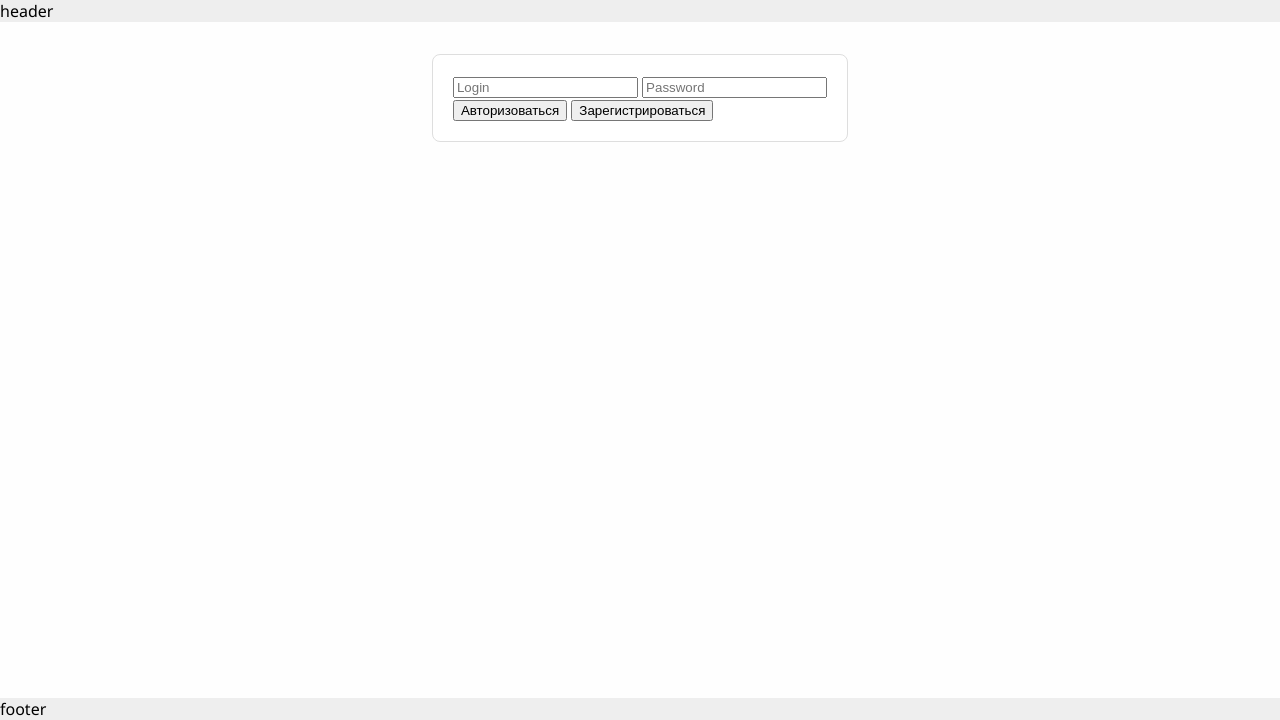
Repository: slep0y/fakeAuth
Page: index.html
An editor plug-in stored every save of this project. The page is shown before and after the next save, followed by the edit.
The browser window is 1280 px wide. The pictures show the whole page.
The style sheet was rebuilt from its Sass, Less or Tailwind sources for each picture, by a compiler version that may differ from the author's.

Above is the page before, as saved 2025-01-19 18:02:41.

After the next save:
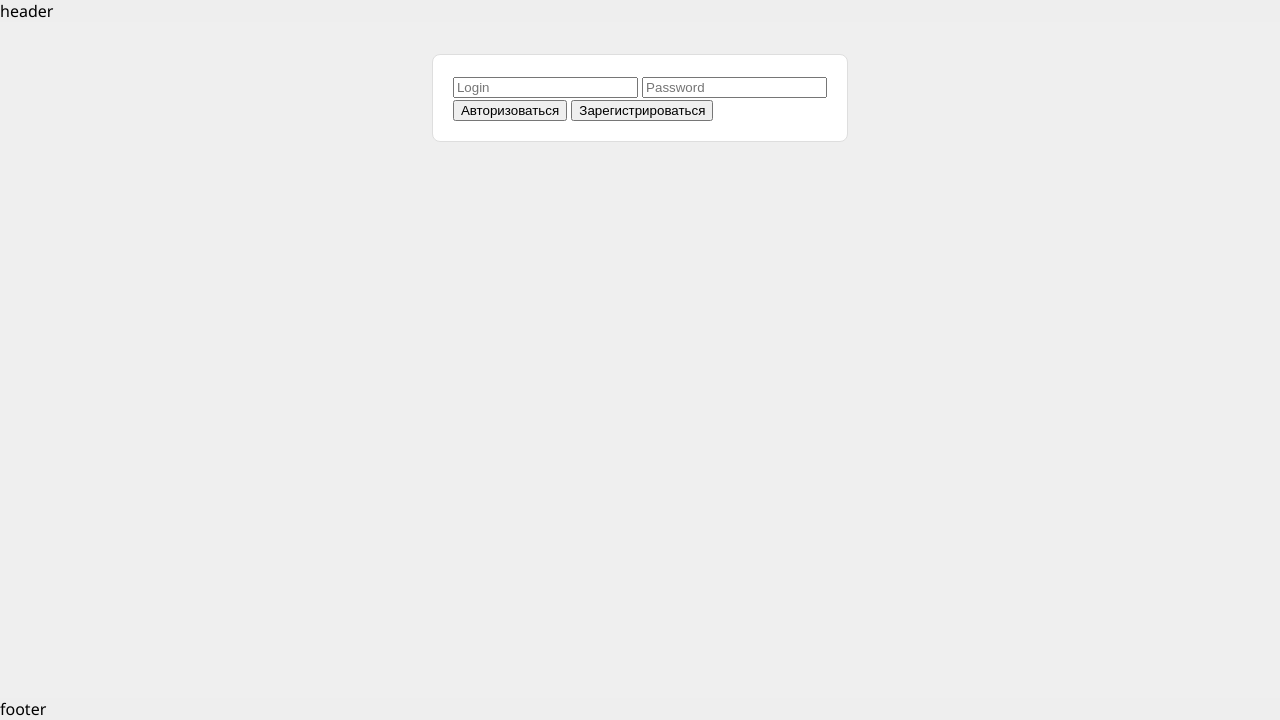
Saved 30 s later.
--- a/styles/_base.scss
+++ b/styles/_base.scss
@@ -1,7 +1,7 @@
 :root{
     --segoe:'Segoe UI', Tahoma, Geneva, Verdana, sans-serif;
     --grey_lite: #dedede;
-    --lite: #fefefe;
+    --lite: #efefef;
 }
 body, html {
     margin: 0;
